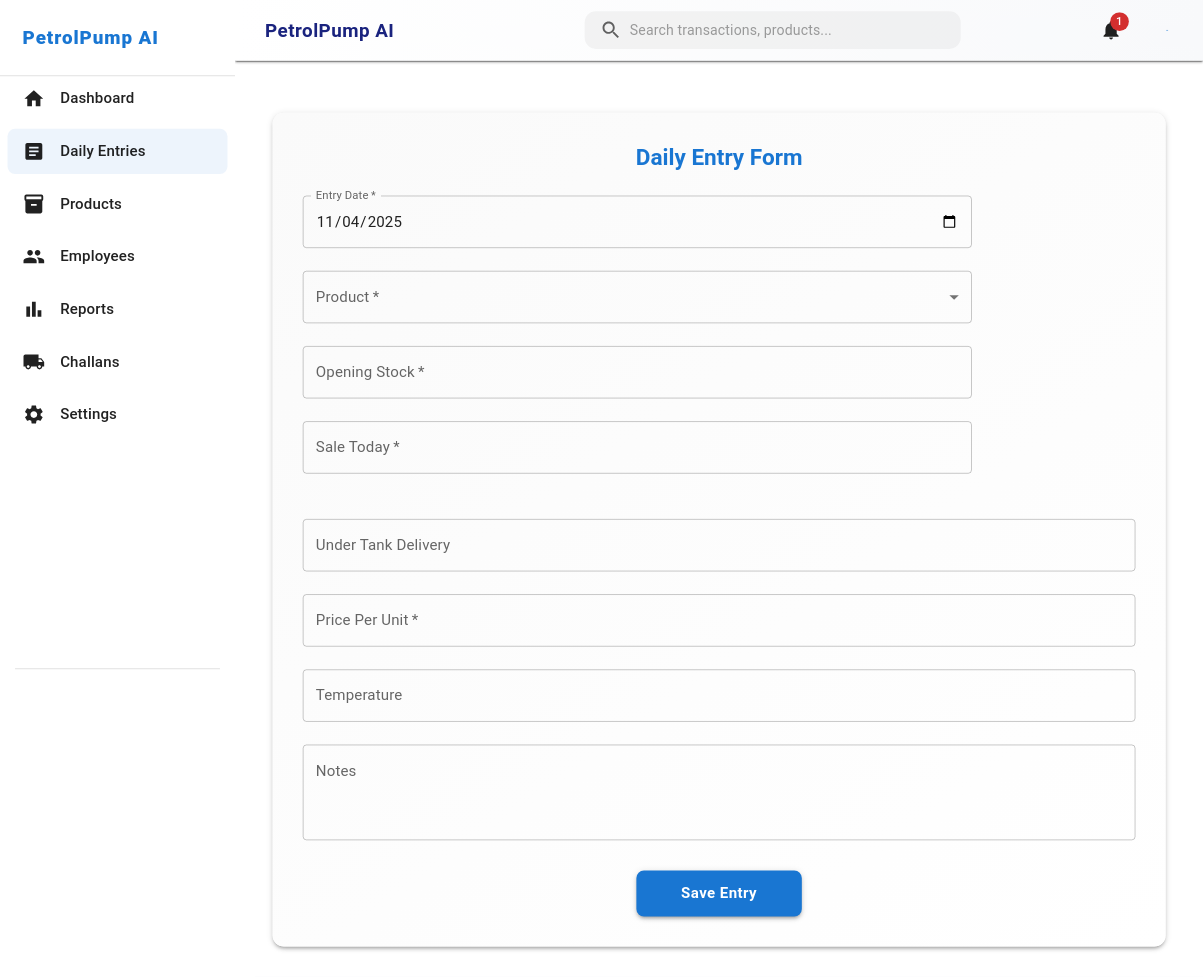
Repository: saquib0509/AI-Enabled-Retail-Management-
Page: /entries (app in frontend/)
These files come from the project's save history. The page is drawn as it stood at one moment and after the next save; the edit follows.
The browser window is 1280 px wide. The pictures show the whole page, at 94% of full size.
The page's requests for data from a server got no answer. The project was rebuilt for these pictures with package versions that can differ from the ones it lists, and the page was loaded fresh each time. No one was signed in, and anything a server would have sent is missing. Also part of the build but not shown: frontend/vite.config.ts, frontend/src/pages/Dashboard.tsx, frontend/src/components/EmployeeList.tsx, frontend/src/components/EmployeeForm.tsx, frontend/src/components/EmployeeAttendance.tsx, frontend/src/components/EmployeeSalary.tsx, frontend/src/pages/Employees.tsx, frontend/src/pages/Products.tsx and 10 more.

Above is the page before, as saved 2025-11-08 22:59:52.

After the next save:
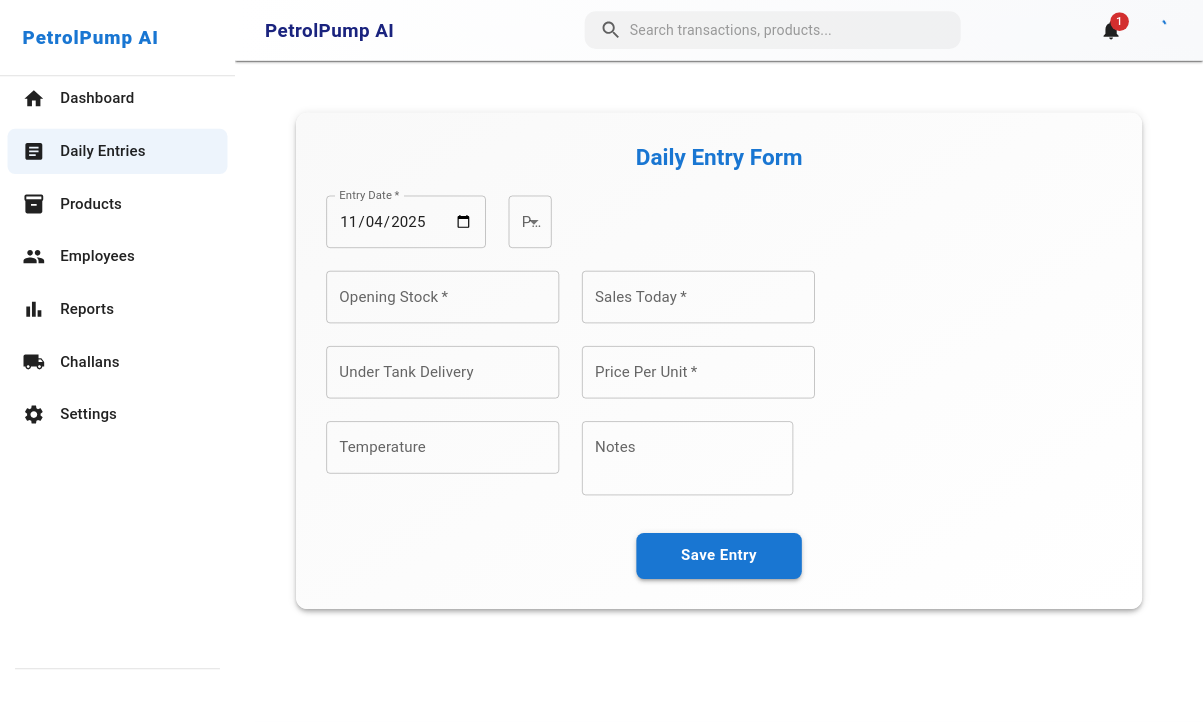
Saved 87 s later.
--- a/frontend/src/components/DailyEntryForm.tsx
+++ b/frontend/src/components/DailyEntryForm.tsx
@@ -81,21 +81,21 @@ const DailyEntryForm: React.FC = () => {
 
   return (
     <Paper
-      elevation={3}
+      elevation={4}
       sx={{
         p: 4,
-        maxWidth: 950,
+        maxWidth: 900,
         mx: "auto",
         mt: 5,
         borderRadius: 3,
-        background: "linear-gradient(145deg, #fafafa, #ffffff)",
+        background: "linear-gradient(145deg, #f9f9f9, #ffffff)",
       }}
     >
       <Typography
         variant="h5"
         align="center"
         gutterBottom
-        sx={{ fontWeight: 700, color: "primary.main" }}
+        sx={{ fontWeight: 700, color: "primary.main", mb: 3 }}
       >
         Daily Entry Form
       </Typography>
@@ -103,10 +103,10 @@ const DailyEntryForm: React.FC = () => {
       <Box
         component="form"
         onSubmit={handleSubmit}
-        sx={{ mt: 3 }}
+        sx={{ display: "flex", flexDirection: "column", gap: 3 }}
       >
-        <Grid container spacing={3}>
-          {/* Left Column */}
+        {/* Row 1 */}
+        <Grid container spacing={3}>
           <Grid item xs={12} md={6}>
             <TextField
               fullWidth
@@ -117,10 +117,10 @@ const DailyEntryForm: React.FC = () => {
               onChange={handleChange}
               InputLabelProps={{ shrink: true }}
               required
-              sx={{ mb: 3 }}
-            />
-
-            <FormControl fullWidth required sx={{ mb: 3 }}>
+            />
+          </Grid>
+          <Grid item xs={12} md={6}>
+            <FormControl fullWidth required>
               <InputLabel>Product</InputLabel>
               <Select
                 name="productId"
@@ -136,7 +136,12 @@ const DailyEntryForm: React.FC = () => {
                 ))}
               </Select>
             </FormControl>
-
+          </Grid>
+        </Grid>
+
+        {/* Row 2 */}
+        <Grid container spacing={3}>
+          <Grid item xs={12} md={6}>
             <TextField
               fullWidth
               label="Opening Stock"
@@ -145,22 +150,23 @@ const DailyEntryForm: React.FC = () => {
               value={formData.openingStock}
               onChange={handleChange}
               required
-              sx={{ mb: 3 }}
-            />
-
-            <TextField
-              fullWidth
-              label="Sale Today"
+            />
+          </Grid>
+          <Grid item xs={12} md={6}>
+            <TextField
+              fullWidth
+              label="Sales Today"
               name="salesToday"
               type="number"
               value={formData.salesToday}
               onChange={handleChange}
               required
-              sx={{ mb: 3 }}
-            />
-          </Grid>
-
-          {/* Right Column */}
+            />
+          </Grid>
+        </Grid>
+
+        {/* Row 3 */}
+        <Grid container spacing={3}>
           <Grid item xs={12} md={6}>
             <TextField
               fullWidth
@@ -169,9 +175,9 @@ const DailyEntryForm: React.FC = () => {
               type="number"
               value={formData.underTankDelivery}
               onChange={handleChange}
-              sx={{ mb: 3 }}
-            />
-
+            />
+          </Grid>
+          <Grid item xs={12} md={6}>
             <TextField
               fullWidth
               label="Price Per Unit"
@@ -180,9 +186,13 @@ const DailyEntryForm: React.FC = () => {
               value={formData.pricePerUnit}
               onChange={handleChange}
               required
-              sx={{ mb: 3 }}
-            />
-
+            />
+          </Grid>
+        </Grid>
+
+        {/* Row 4 */}
+        <Grid container spacing={3}>
+          <Grid item xs={12} md={6}>
             <TextField
               fullWidth
               label="Temperature"
@@ -190,28 +200,23 @@ const DailyEntryForm: React.FC = () => {
               type="number"
               value={formData.temperature}
               onChange={handleChange}
-              sx={{ mb: 3 }}
-            />
-
+            />
+          </Grid>
+          <Grid item xs={12} md={6}>
             <TextField
               fullWidth
               label="Notes"
               name="notes"
               multiline
-              rows={3}
+              rows={2}
               value={formData.notes}
               onChange={handleChange}
             />
           </Grid>
         </Grid>
 
-        {/* Save Button - full width center */}
-        <Box
-          sx={{
-            mt: 4,
-            textAlign: "center",
-          }}
-        >
+        {/* Save Button */}
+        <Box textAlign="center" sx={{ mt: 2 }}>
           <Button
             type="submit"
             variant="contained"
